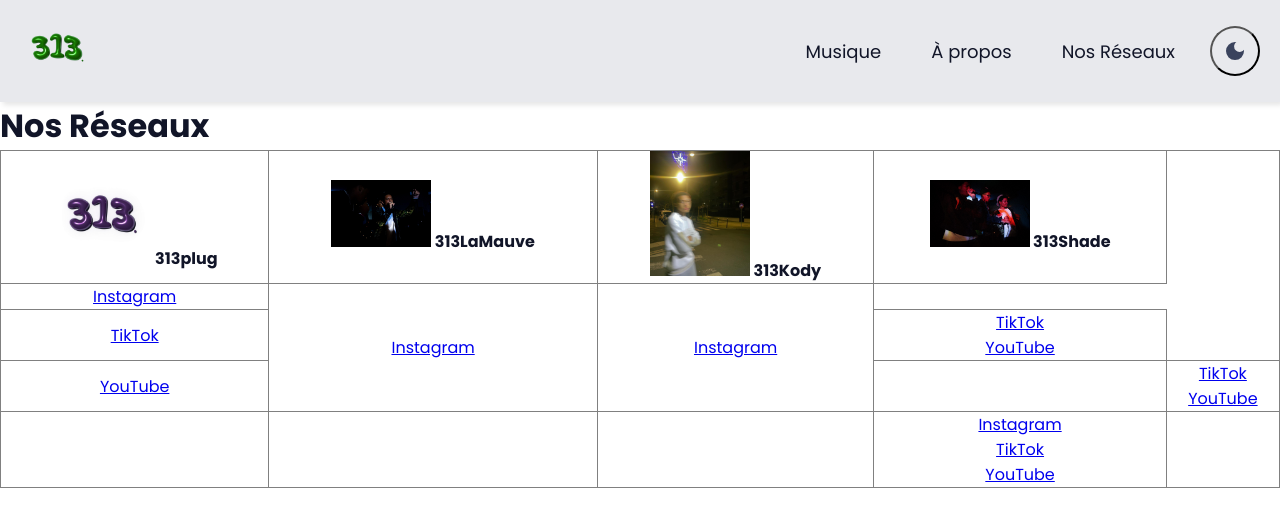
Repository: 313Kody/313plug-Site-Officiel
Page: réseau.html
These files come from the project's save history. The page is drawn as it stood at one moment and after the next save; the edit follows.
The browser window is 1280 px wide. The pictures show the whole page.
Some web fonts or font styles are not loaded; a fallback is used.

Above is the page before, as saved 2024-11-24 20:42:14.

### réseau.html
<!DOCTYPE html>
<html lang="en">
<head>
   <meta charset="UTF-8">
   <meta name="viewport" content="width=device-width, initial-scale=1.0">
   <title>313plug - Site Officiel</title>
   <link rel="stylesheet" href="CSS/styles.css">
   <link href="https://fonts.googleapis.com/css2?family=Fugaz+One&family=Poppins:wght@100;200;300;400;500;600;700;800;900&display=swap" rel="stylesheet">
   <script type="text/javascript" src="darkmode.js" defer></script>
</head>
<body>
      <nav class="main-nav">
         <div class="logo">
             <a href="index.html">
                 <img id="logo" src="images/313_vert-removebg-preview.png" alt="logo du groupe">
             </a>
         </div>

         <!-- Navbar en liens (cachée sur mobile) -->
         <ul class="nav-links hideOnMobile">
             <li><a href="musique.html" target="_blank">Musique</a></li>
             <li><a href="propos.html" target="_blank">À propos</a></li>
             <li><a href="réseau.html" target="_blank">Nos Réseaux</a></li>
             <button id="theme-switch-navbar">
               <svg xmlns="http://www.w3.org/2000/svg" height="24px" viewBox="0 -960 960 960" width="24px" fill="#e8eaed">
                  <path d="M480-120q-150 0-255-105T120-480q0-150 105-255t255-105q14 0 27.5 1t26.5 3q-41 29-65.5 75.5T444-660q0 90 63 153t153 63q55 0 101-24.5t75-65.5q2 13 3 26.5t1 27.5q0 150-105 255T480-120Z"/>
               </svg>
               <svg xmlns="http://www.w3.org/2000/svg" height="24px" viewBox="0 -960 960 960" width="24px" fill="#e8eaed">
                  <path d="M480-280q-83 0-141.5-58.5T280-480q0-83 58.5-141.5T480-680q83 0 141.5 58.5T680-480q0 83-58.5 141.5T480-280ZM200-440H40v-80h160v80Zm720 0H760v-80h160v80ZM440-760v-160h80v160h-80Zm0 720v-160h80v160h-80ZM256-650l-101-97 57-59 96 100-52 56Zm492 496-97-101 53-55 101 97-57 59Zm-98-550 97-101 59 57-100 96-56-52ZM154-212l101-97 55 53-97 101-59-57Z"/>
               </svg>
            </button>
         </ul>

         <!-- Icône de menu pour la sidebar (visible uniquement sur mobile) -->
         <div class="menu-button" onclick="showsidebar()">
             <svg xmlns="http://www.w3.org/2000/svg" height="28px" viewBox="0 -960 960 960" width="28px" fill="#000000" id="menu-icon">
                 <path d="M120-240v-80h720v80H120Zm0-200v-80h720v80H120Zm0-200v-80h720v80H120Z"/>
             </svg>
         </div>
     </nav>

     <!-- Sidebar (initialement cachée) -->
     <aside class="sidebar" id="sidebar">
         <ul>
             <li onclick="hidesidebar()">
                 <a href="#"><svg xmlns="http://www.w3.org/2000/svg" height="28px" viewBox="0 -960 960 960" width="28px" fill="#000000" id="close-icon"><path d="m256-200-56-56 224-224-224-224 56-56 224 224 224-224 56 56-224 224 224 224-56 56-224-224-224 224Z"/></svg></a>
             </li>
             <li><a href="musique.html" target="_blank">Musique</a></li>
             <li><a href="propos.html" target="_blank">À propos</a></li>
             <li><a href="réseau.html" target="_blank">Nos Réseaux</a></li>
             <button id="theme-switch-sidebar">
               <svg xmlns="http://www.w3.org/2000/svg" height="24px" viewBox="0 -960 960 960" width="24px" fill="#e8eaed">
                  <path d="M480-120q-150 0-255-105T120-480q0-150 105-255t255-105q14 0 27.5 1t26.5 3q-41 29-65.5 75.5T444-660q0 90 63 153t153 63q55 0 101-24.5t75-65.5q2 13 3 26.5t1 27.5q0 150-105 255T480-120Z"/>
               </svg>
               <svg xmlns="http://www.w3.org/2000/svg" height="24px" viewBox="0 -960 960 960" width="24px" fill="#e8eaed">
                  <path d="M480-280q-83 0-141.5-58.5T280-480q0-83 58.5-141.5T480-680q83 0 141.5 58.5T680-480q0 83-58.5 141.5T480-280ZM200-440H40v-80h160v80Zm720 0H760v-80h160v80ZM440-760v-160h80v160h-80Zm0 720v-160h80v160h-80ZM256-650l-101-97 57-59 96 100-52 56Zm492 496-97-101 53-55 101 97-57 59Zm-98-550 97-101 59 57-100 96-56-52ZM154-212l101-97 55 53-97 101-59-57Z"/>
               </svg>
            </button>
         </ul>
     </aside>
     <script>
         function showsidebar(){
             const sidebar = document.querySelector('.sidebar');
             sidebar.style.display = 'flex';
         }
         function hidesidebar(){
             const sidebar = document.querySelector('.sidebar');
             sidebar.style.display = 'none';
         }
      </script>
   <h1>Nos Réseaux</h1>
   <table border="1" style="width: 100%; text-align: center; border-collapse: collapse;">
     <thead>
       <tr>
         <th>
           <img src="images/313 logo Lamauve.jpg" alt="Logo 313plug" style="width: 100px;">
           313plug
         </th>
         <th>
           <img src="images/Lamauve only.jpg" alt="Logo LaMauve" style="width: 100px;">
           313LaMauve
         </th>
         <th>
           <img src="images/Kody.jpg" alt="Logo Kody" style="width: 100px;">
           313Kody
         </th>
         <th>
           <img src="images/Shade sing 2.jpg" alt="Logo Shade" style="width: 100px;">
           313Shade
         </th>
       </tr>
     </thead>
     <tbody>
       <!-- INSTA -->
       <tr>
         <td><a href="https://www.instagram.com/313.plug_" target="_blank">Instagram</a><br></td>
         <td rowspan="3"><a href="https://www.instagram.com/313la.mauve" target="_blank">Instagram</a><br></td>
         <td rowspan="3"><a href="https://www.instagram.com/313kody_" target="_blank">Instagram</a><br></td>

       </tr>
       <!-- TIKTOK -->
       <tr>
         <td><a href="https://www.tiktok.com/@313plug" target="_blank">TikTok</a><br></td>
         <td>

           <a href="https://www.tiktok.com/@313la.mauve" target="_blank">TikTok</a><br>
           <a href="https://www.youtube.com/313lamauve" target="_blank">YouTube</a>
         </td>
       </tr>
       <!-- YOUTUBE -->
       <tr>
         <td><a href="https://www.youtube.com/313PLUG" target="_blank">YouTube</a></td>
         <td></td>
         <td>

           <a href="https://www.tiktok.com/@313kody" target="_blank">TikTok</a><br>
           <a href="https://www.youtube.com/kody276" target="_blank">YouTube</a>
         </td>
       </tr>
       <!-- Réseaux sociaux pour 313Shade -->
       <tr>
         <td></td>
         <td></td>
         <td></td>
         <td>
           <a href="https://www.instagram.com/313.shade_" target="_blank">Instagram</a><br>
           <a href="https://www.tiktok.com/@313.shade_" target="_blank">TikTok</a><br>
           <a href="https://www.youtube.com/313shade" target="_blank">YouTube</a>
         </td>
       </tr>
     </tbody>
   </table>

</body>
</html>

### CSS/styles.css
/* Styles globaux */
:root{
    --base-color: white;
    --base-variant: #e8e9ed;
    --text-color: #111528;
    --secondary-text: #232738;
    --primary-color:#3a435d;
    --accent-color:#3ffa4fa6;
    --blur-color: rgba(255, 255, 255, 0.626);
}
.darkmode{
    --base-color: #070b1d;
    --base-variant: #101425;
    --text-color: #ffffff;
    --secondary-text: #a4a5b8;
    --primary-color:#3a435d;
    --accent-color:#b445ffa1;
    --blur-color: rgba(82, 82, 82, 0.626);
}

* {
    margin: 0;
    padding: 0;
}
#theme-switch-navbar{
    height: 50px;
    width: 50px;
    padding: 0;
    border-radius: 50%;
    background-color: var(--base-variant);
    display: flex;
    justify-content: center;
    align-items: center;
}
#theme-switch-navbar svg{
    fill: var(--primary-color);
}
#theme-switch-navbar svg:last-child{
    display: none;
}
.darkmode #theme-switch-navbar svg:first-child{
    display: none;
}
.darkmode #theme-switch-navbar svg:last-child{
    display: block;
}
#theme-switch-sidebar{
    height: 50px;
    width: 50px;
    padding: 0;
    border-radius: 50%;
    background-color: var(--base-variant);
    display: flex;
    justify-content: center;
    align-items: center;
}
#theme-switch-sidebar svg{
    fill: var(--primary-color);
}
#theme-switch-sidebar svg:last-child{
    display: none;
}
.darkmode #theme-switch-sidebar svg:first-child{
    display: none;
}
.darkmode #theme-switch-sidebar svg:last-child{
    display: block;
}
body {
    margin: 0 auto;
    font-family: "Poppins", sans-serif;
    background-color: var(--base-color);
    color: var(--text-color);
}

.fugaz-one {
    font-family: "Fugaz One", sans-serif;
}
/* background----------------------------------------------------------------- */

.logo img {
    width: 75px;
    align-items: baseline;
}

/* Header / Navbar--------------------------------------------------------------- */
.main-nav {
    display: flex;
    align-items: center;
    justify-content: space-between;
    padding: 10px 20px;
    background-color:var(--base-variant);
    box-shadow: 3px 3px 5px rgba(0, 0, 0, 0.1);
}

.logo img {
    width: 75px;
}

.nav-links {
    list-style: none;
    display: flex;
    gap: 20px;
}

.nav-links li {
    height: 50px;
    display: flex;
    align-items: center;
}

.nav-links a {
    font-size: 18px;
    font-weight: 400;
    color: var(--text-color);
    text-decoration: none;
    padding: 0 15px;
}

.nav-links a:hover {
    background-color: var(--base-color);
    border-radius: 4px;
}

/* Sidebar----------------------------------------------------------------------- */
.sidebar {
    position: fixed;
    top: 0;
    right: 0;
    height: 100vh;
    width: 250px;
    z-index: 999;
    background-color: var(--blur-color);
    backdrop-filter: blur(10px);
    box-shadow: -10px 0 10px rgba(0, 0, 0, 0.1);
    display: none;
    flex-direction: column;
    align-items: flex-start;
    padding: 20px;
}

.sidebar ul {
    list-style: none;
    padding: 0;
}

.sidebar li {
    width: 100%;
}

.sidebar a {
    font-size: 18px;
    color: var(--text-color);
    text-decoration: none;
    padding: 10px;
    display: block;
}

.sidebar a:hover {
    background-color: var(--base-variant);
}

/* Menu button sidebar */
.menu-button {
    display: none;
}

/* Responsive */
@media(max-width: 800px) {
    .hideOnMobile {
        display: none;
    }
    .menu-button {
        display: block;
    }
}
@media(max-width: 400px) {
    .sidebar {
        width: 100%;
    }
}
/* Landing page -------------------------------------------------------------- */

section.hautdepage {
    background: url('../images/TRAPSHIT COVER Banniere.jpg');
    background-size: cover;
    background-repeat: no-repeat;
    background-position: center ;
    height: 80vh;
}

.big-title {
    color: rgb(255, 255, 255);
    font-size: 50px;
    padding: 20px 50px;
    margin-top: 40px;
}
/* BOUTTON ------------------------------------------------------------------- */
.button {
    height: 100vh;
    display: flex;
    align-items: center;
    justify-content: center;
    margin-top: -150px;
}

.button-style {
    display: inline-block;
    padding: 10px 20px;
    background-color: #ffffff;
    border: none;
    border-radius: 5px;
    color: #000000;
    font-size: 16px;
    font-weight: bold;
    text-decoration: none;
    text-align: center;
    transition: background-color 0.3s ease, transform 0.2s ease;
    box-shadow: 0px 4px 10px rgba(0, 0, 0, 0.3);
}

.button-style:hover {
    background-color: var(--accent-color);
    transform: translateY(-3px);
}

.button :active{
    transition: scale(0.96);
}

/* Titre de Section----------------------------------------------------------- */
.section-title{
    font-size: 45px;
    font-weight: 200;
    margin-top: 25px;
    position: relative;
}

.section-title::before {
    content: "";
    position: absolute;
    background-color: var(--text-color);
    width: 200px;
    height: 3px;
    margin-top: 7px;
}
/* section music home ---------------------------------------------------------*/

.section-title {
    text-align: center;
    font-family: "Poppins", sans-serif;
    font-size: 36px;
    font-weight: bold;
    color: var(--text-color);
    margin-bottom: 30px;
}

.music{
    background-color: var(--base-color);
    height: 45vh;
}
/* Flex container */
.cover-flex {
    display: flex;
    flex-wrap: wrap;
    justify-content: space-between;
    align-items: center;
    gap: 20px;
    margin-left: 15px;
}

/* Images à gauche */
.cover-images {
    display: flex;
    flex-wrap: wrap;
    gap: 15px;
    max-width: 100%;
}

/* Image individuelle */
.cover-box {
    flex: 1;
    max-width: 250px;
    border-radius: 10px;
    overflow: hidden;
    box-shadow: 0px 4px 10px rgba(0, 0, 0, 0.3);
    transition: transform 0.3s ease;
}

.cover-box img {
    width: 100%;
    height: auto;
    display: block;
}

.cover-box:hover {
    transform: scale(1.05);
}

/* Texte et bouton à droite */
.text-container {
    max-width: 35%;
    display: flex;
    flex-direction: column;
    align-items: flex-start;
    justify-content: center;
    gap: 20px;
    color: #000000;
    margin-right: 15px;
}

/* Texte */
.text-music {
    font-family: "Poppins", sans-serif;
    font-size: 16px;
    line-height: 1.8;
    color: var(--secondary-text);
}

.text-music h2 {
    font-size: 24px;
    font-weight: bold;
    color: var(--text-color);
    margin-bottom: 10px;
}

/* Bouton */
.button-style2 {
    display: inline-block;
    padding: 10px 20px;
    background-color: #ffffff;
    border: none;
    border-radius: 5px;
    color: #000000;
    font-size: 16px;
    font-weight: bold;
    text-decoration: none;
    text-align: center;
    transition: background-color 0.3s ease, transform 0.2s ease;
    box-shadow: 0px 4px 10px rgba(0, 0, 0, 0.3);
}

.button-style2:hover {
    background-color: var(--accent-color);
    transform: translateY(-3px);
}

.button-style2:active {
    transform: translateY(1px);
}


/* section réseau pour la homepage */

.section-title2 {
    text-align: center;
    font-family: "Poppins", sans-serif;
    font-size: 36px;
    font-weight: bold;
    color: var(--text-color);
    margin-bottom: 30px;
}

.section-title2::before {
    content: "";
    position: absolute;
    background-color: var(--text-color);
    width: 200px;
    height: 3px;
    margin-top: 3px;
}
.réseau{
    background-color: var(--base-variant);
    height: 100vh;
}
/* responsive pour la home page */

@media (max-width: 1120px) {
    .button-style{
        padding: 12px 30px;
        font-size: 20px;
        margin-bottom: 145px;
    }
}

@media (max-width: 768px) {
    /* Réduire la taille du texte du titre */
    .section-title {
        font-size: 28px;
    }

    /* Changer le comportement du conteneur .cover-flex */
    .cover-flex {
        flex-direction: column;
        justify-content: center;
        align-items: center;
        gap: 10px;
    }

    /* Modifier l'image de cover pour qu'elle soit plus petite sur les petits écrans */
    .cover-box {
        max-width: 100%;
    }

    /* Ajuster la taille du texte */
    .text-music {
        font-size: 14px;
    }

    .text-music h2 {
        font-size: 20px;
    }

    /* Ajuster la largeur du texte et des boutons */
    .text-container {
        max-width: 90%; /* Plus large sur mobile */
        margin-right: 0;
    }

    /* Boutons plus grands et espacés */
    .button-style2 {
        padding: 12px 24px;
        font-size: 18px;
    }

    .button-style {
        padding: 12px 30px;
        font-size: 20px;
        margin-top: 4px;
    }

    /* Empêcher que les éléments débordent */
    .button {
        height: auto;
        margin-top: 10px;
    }
}

@media (max-width: 574px) {
    .big-title{
        font-size: 40px;
    }
}
/* Lorsque l'écran est plus petit que 480px (taille mobile très petite) */
@media (max-width: 480px) {
    /* Réduire encore plus la taille du texte */
    .section-title {
        font-size: 24px;
    }

    .text-music {
        font-size: 12px;
    }

    .text-music h2 {
        font-size: 18px;
    }

    .button-style {
        padding: 10px 20px;
        font-size: 16px;
    }

    .big-title {
        font-size: 30px;
    }

    /* Ajuster l'espace autour des éléments */
    .cover-flex {
        gap: 10px;
    }

    .cover-box {
        max-width: 100%; /* Image en pleine largeur */
    }

    /* Mettre les textes et images en colonne */
    .cover-images {
        flex-direction: column;
        gap: 10px;
    }
}

/* PAGES MUSIQUES : Styles pour la section Cover ------------------------------------*/

/* Conteneur de chaque cover et texte */

.titre-musique {
    display: flex;
    flex-direction: column;
    justify-content: center;
    align-items: center;
}
.cover-container1 {
    max-width: 1600px;
    display: flex;
    justify-content: space-between;
    align-items: center;
    margin-bottom: 30px;
    flex-wrap: wrap;
    background-image: url("/images/313.SHIT\ COVER.jpg");
    background-position:center;
    background-repeat: no-repeat;
    background-blend-mode: darken;
    background-color: rgba(0, 0, 0, 0.5);
    border-radius: 35px;
    height: 45vh;
}

.cover-container2 {
    max-width: 1600px;
    display: flex;
    justify-content: space-between;
    align-items: center;
    margin-bottom: 30px;
    flex-wrap: wrap;
    background-image: url("/images/STAMINA\ COVER.jpg");
    background-position:center;
    background-repeat: no-repeat;
    background-blend-mode: darken;
    background-color: rgba(0, 0, 0, 0.5);
    border-radius: 35px;
    height: 45vh;
}
.cover-container3 {
    max-width: 1600px;
    display: flex;
    justify-content: space-between;
    align-items: center;
    margin-bottom: 30px;
    flex-wrap: wrap;
    background-image: url("/images/BUISNESS\ COVER.jpg");
    background-position:center;
    background-repeat: no-repeat;
    background-blend-mode: darken;
    background-color: rgba(0, 0, 0, 0.5);
    border-radius: 35px;
    height: 45vh;
}
.cover-container4 {
    max-width: 1600px;
    display: flex;
    justify-content: space-between;
    align-items: center;
    margin-bottom: 30px;
    flex-wrap: wrap;
    background-image: url("/images/gelato.jpg");
    background-position:center;
    background-repeat: no-repeat;
    background-blend-mode: darken;
    background-color: rgba(0, 0, 0, 0.5);
    border-radius: 35px;
    height: 45vh;
}
.cover-container5 {
    max-width: 1600px;
    display: flex;
    float: left;
    margin-right: 15px;
    justify-content: space-between;
    align-items: center;
    margin-bottom: 30px;
    flex-wrap: wrap;
    background-image: url("/images/SSW TAPE.jpg");
    background-position: center;
    background-repeat: no-repeat;
    background-blend-mode: darken;
    background-color: rgba(0, 0, 0, 0.5);
    border-radius: 35px;
    height: 45vh;
}

.glass {
    background: linear-gradient(135deg, rgba(255, 255, 255, 0.1), rgba(255, 255, 255, 0));
    backdrop-filter: blur(10px);
    -webkit-backdrop-filter: blur(10px);
    border-radius: 35px;
    border: 1px solid rgba(255, 255, 255, 0.18);
    box-shadow: 0 8px 32px 0 rgba(0, 0, 0, 0.37);
    display: flex;
    justify-content: space-between;
    align-items: center;
    height: 100%;
    padding: 0 20px;
}
/* Style pour chaque texte */
.text-intro h1{
    font-size: 60px;
    text-align: center;
    margin-bottom: 100px;
    margin-top: 60px;
}
.text {
    flex: 1;
    padding: 10px;
    font-family: "Poppins", sans-serif;
    font-size: 16px;
    color: #ffffff;
    text-align: left;
    margin-right: 15px;
}

.text h2 {
    font-family: "Poppins", sans-serif;
    font-size: 20px;
    color: #f1f1f1;
    margin-bottom: 10px;
}

.text h3 {
    font-family: "Poppins", sans-serif;
    font-size: 20px;
    color: #ffffff;
    margin-bottom: 10px;
}

.text p {
    font-size: 14px;
    line-height: 1.6;
}


/* Style pour l'image de cover */
.cover-link {
    flex: 1;
    text-align: center;
}

.cover-image {
    width: 100%;
    max-width: 300px;
    height: auto;
    border-radius: 8px;
    box-shadow: 0 4px 10px rgba(0, 0, 0, 0.1);
    transition: transform 0.3s ease;
}

.cover-image:hover {
    transform: scale(1.05);
}

/* Responsivité pour petits écrans */
@media (max-width: 768px) {
    .cover-container {
        flex-direction: column;
        text-align: center;
    }

    .text {
        margin-right: 0;
        margin-bottom: 20px;
    }

    .cover-image {
        max-width: 100%;
    }
}

/* PAGES A PROPOS : images----------------------------------------------------------*/

.pics {
   position: relative;
   width: 70%;
   margin: 250px auto;
}


.images-propos {
    max-width: 320px;
    float: left;
    border: 3px solid var(--text-color);
    border-radius: 10px;
    margin-right: 15px;
}

.images-propos2 {
    max-width: 320px;
    float: right;
    border: 3px solid var(--text-color);
    border-radius: 10px;
    margin-left: 15px;
}

.text-box{
    color:var(--text-color);
    font-weight: 600;
}

.text-box h1 {
    font-family: "Fugaz One", sans-serif;
    font-size: 42px;
    font-weight: 500;
}

.text-box h2 {
    font-family: "Fugaz One", sans-serif;
    font-size: 42px;
    font-weight: 500;
}

.text-box p {
    font-size: 16px;
}

/* Animation d'apparition */
@keyframes fadeIn {
    from {
        opacity: 0;
        transform: translateY(20px);
    }
    to {
        opacity: 1;
        transform: translateY(0);
    }
}

.pics {
    animation: fadeIn 1s ease-in-out;
}

@media (max-width: 768px) {
    .pics {
        flex-direction: column; /* Passe en colonne sur mobile */
        gap: 20px;
    }
    .images-propos, .images-propos2 {
        float: none;
        margin: 0 auto;
    }
    .text-box {
        text-align: center; /* Centre le texte sur petit écran */
    }
}

/* PAGE Réseau --------------------------------------------------------------------- */

### darkmode.js
let darkmode = localStorage.getItem('darkmode');

const themeSwitchNavbar = document.getElementById('theme-switch-navbar');
const themeSwitchSidebar = document.getElementById('theme-switch-sidebar');

const enableDarkmode = () => {
    document.body.classList.add('darkmode');
    localStorage.setItem('darkmode', 'active');
    // Change le logo et les icônes ici
    document.querySelector('.logo img').src = "images/313_logo_Lamauve-removebg-preview.png";
    // Change les SVG dans la sidebar (ici pour le menu et le bouton close)
    changeSidebarIcons("white");
};

const disableDarkmode = () => {
    document.body.classList.remove('darkmode');
    localStorage.setItem('darkmode', null);
    // Remet le logo et les icônes à leur état original
    document.querySelector('.logo img').src = "images/313_vert-removebg-preview.png";
    changeSidebarIcons("black");
};

const changeSidebarIcons = (color) => {
    const menuIcon = document.querySelector('.menu-button svg');
    const closeIcon = document.querySelector('.sidebar svg');

    const iconColor = color === "white" ? "#FFFFFF" : "#000000";
    menuIcon.setAttribute("fill", iconColor);
    closeIcon.setAttribute("fill", iconColor);
};

// Vérifie si darkmode est activé au chargement de la page
if(darkmode === "active") {
    enableDarkmode();
}

themeSwitchNavbar.addEventListener("click", () => {
    darkmode = localStorage.getItem('darkmode');
    darkmode !== "active" ? enableDarkmode() : disableDarkmode();
});

themeSwitchSidebar.addEventListener("click", () => {
    darkmode = localStorage.getItem('darkmode');
    darkmode !== "active" ? enableDarkmode() : disableDarkmode();
});

After the next save:
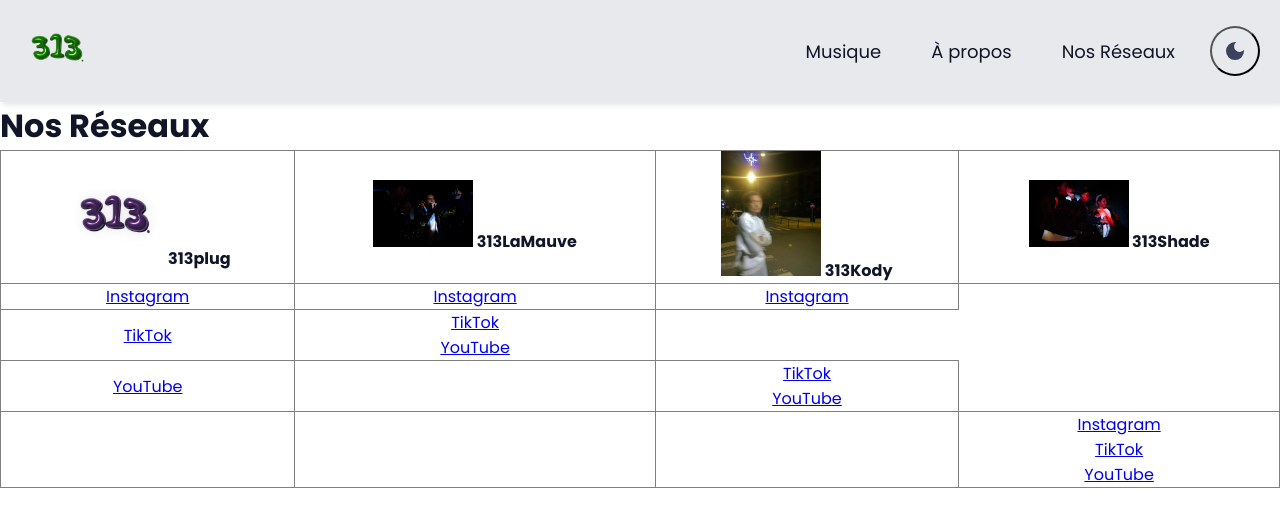
Saved 13 s later.
--- a/réseau.html
+++ b/réseau.html
@@ -94,8 +94,8 @@
        <!-- INSTA -->
        <tr>
          <td><a href="https://www.instagram.com/313.plug_" target="_blank">Instagram</a><br></td>
-         <td rowspan="3"><a href="https://www.instagram.com/313la.mauve" target="_blank">Instagram</a><br></td>
-         <td rowspan="3"><a href="https://www.instagram.com/313kody_" target="_blank">Instagram</a><br></td>
+         <td ><a href="https://www.instagram.com/313la.mauve" target="_blank">Instagram</a><br></td>
+         <td ><a href="https://www.instagram.com/313kody_" target="_blank">Instagram</a><br></td>
 
        </tr>
        <!-- TIKTOK -->
